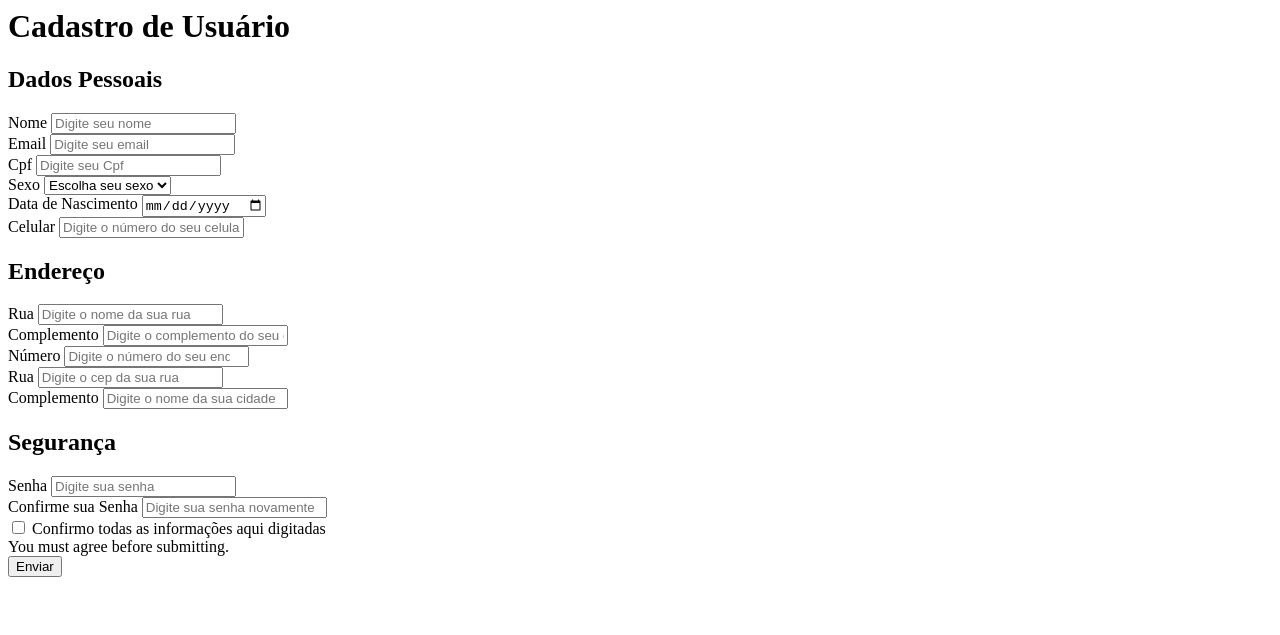
Repository: formatech2018/BRUNNO-S-FILMES
Page: sistema.filmes/src/main/webapp/resources/html/cadastro.html
An editor plug-in stored every save of this project. The page is shown before and after the next save, followed by the edit.
The browser window is 1280 px wide. The pictures show the whole page.

Above is the page before, as saved 2018-08-05 23:40:19.

### sistema.filmes/src/main/webapp/resources/html/cadastro.html
<h1 id="titulo-cadastro">Cadastro de Usuário</h1>
<div id="dados-pessoais">
	<h2 id="titulo-dados-pessoais">Dados Pessoais</h2>
</div>

<form id="formulario-cadastro">
	<div class="row">
		<div class="col">
			<label for="colFormLabel" class="col-sm-2 col-form-label">Nome</label>
			<input type="text" name="nome" class="form-control"
				placeholder="Digite seu nome">
		</div>
		<div class="col">
			<label for="colFormLabel" class="col-sm-2 col-form-label">Email</label>
			<input type="text" name="email" class="form-control"
				placeholder="Digite seu email">
		</div>
	</div>

	<div class="row">
		<div class="col">
			<label for="colFormLabel" class="col-sm-2 col-form-label">Cpf</label>
			<input type="text" id="cpf" class="form-control"
				placeholder="Digite seu Cpf">
		</div>
		<div class="col">
			<label for="colFormLabel" class="col-sm-2 col-form-label">Sexo</label>
			<select class="custom-select">
				<option selected>Escolha seu sexo</option>
				<option value="masculino">Masculino</option>
				<option value="Feminino">Feminino</option>

			</select>
		</div>
	</div>

	<div class="row">
		<div class="col">
			<label for="colFormLabel" class="col-sm-6 col-form-label">Data
				de Nascimento</label> <input type="date" name="nascimento"
				class="form-control" placeholder="Digite sua data de nascimento">
		</div>
		<div class="col">
			<label for="colFormLabel" class="col-sm-2 col-form-label">Celular</label>
			<input type="text" id="celular" name="celular" class="form-control"
				placeholder="Digite o número do seu celular">
		</div>
	</div>

	<div id="endereco">
		<h2 id="titulo-endereco">Endereço</h2>
	</div>

	<div class="row">
		<div class="col">
			<label for="colFormLabel" class="col-sm-2 col-form-label">Rua</label>
			<input type="text" name="nome" class="form-control"
				placeholder="Digite o nome da sua rua">
		</div>
		<div class="col">
			<label for="colFormLabel" class="col-sm-2 col-form-label">Complemento</label>
			<input type="text" name="complemento" class="form-control"
				placeholder="Digite o complemento do seu endereço">
		</div>
		<div class="col">
			<label for="colFormLabel" class="col-sm-2 col-form-label">Número</label>
			<input type="number" name="numero" class="form-control"
				placeholder="Digite o número do seu endereço">
		</div>
	</div>

	<div class="row">
		<div class="col">
			<label for="colFormLabel" class="col-sm-2 col-form-label">Rua</label>
			<input type="text" name="cep" class="form-control"
				placeholder="Digite o cep da sua rua">
		</div>
		<div class="col">
			<label for="colFormLabel" class="col-sm-2 col-form-label">Complemento</label>
			<input type="text" name="cidade" class="form-control"
				placeholder="Digite o nome da sua cidade">
		</div>
		<div class="col">

		</div>
	</div>

	<div id="seguranca">
		<h2 id="titulo-segurança">Segurança</h2>
	</div>

	<div class="row">
		<div class="col">
			<label for="colFormLabel" class="col-sm-2 col-form-label">Senha</label>
			<input type="password" name="senha" class="form-control"
				placeholder="Digite sua senha">
		</div>
		<div class="col">
			<label for="colFormLabel" class="col-sm-6 col-form-label">Confirme
				sua Senha</label> <input type="password" name="senha-novamente"
				class="form-control" placeholder="Digite sua senha novamente">
		</div>
	</div>


	<div class="form-group">
		<div class="form-check">
			<input class="form-check-input" type="checkbox" value=""
				id="invalidCheck" required> <label class="form-check-label"
				for="invalidCheck"> Confirmo todas as informações aqui
				digitadas </label>
			<div class="invalid-feedback">You must agree before submitting.</div>
		</div>
	</div>
	<button class="btn btn-dark" type="submit">Enviar</button>


</form>

After the next save:
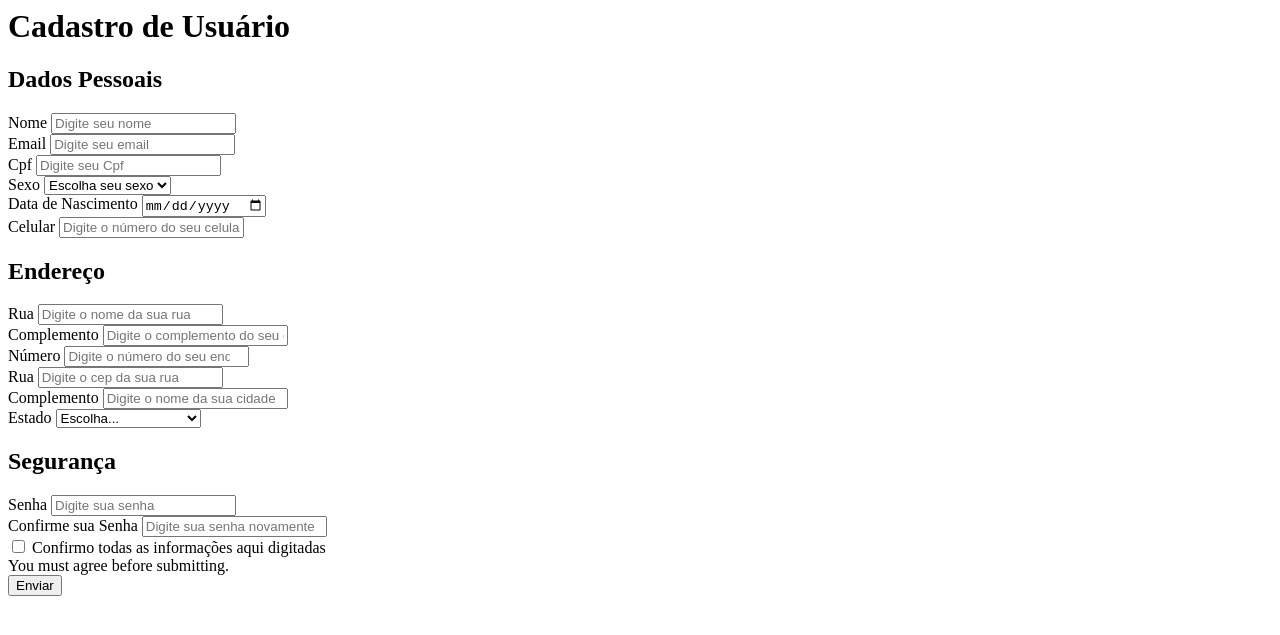
Saved 58 s later.
--- a/sistema.filmes/src/main/webapp/resources/html/cadastro.html
+++ b/sistema.filmes/src/main/webapp/resources/html/cadastro.html
@@ -81,7 +81,40 @@
 				placeholder="Digite o nome da sua cidade">
 		</div>
 		<div class="col">
+			 <div class="col">
+      <label for="inputState">Estado</label>
+      <select id="estado" class="form-control" name="estado">
+        <option selected value="">Escolha...</option>
+        <option value="AC">Acre</option>
+        <option value="AL">Alagoas</option>
+        <option value="AP">Amapá</option>
+        <option value="AM">Amazonas</option>
+        <option value="BA">Bahia</option>
+        <option value="CE">Ceará</option>
+        <option value="DF">Distrito Federal</option>
+        <option value="ES">Espirito Santo</option>
+        <option value="GO">Goiás</option>
+        <option value="MA">Maranhão</option>
+        <option value="MT">Mato Grosso</option>
+        <option value="MS">Mato Grosso do Sul</option>
+        <option value="MG">Minas Gerais</option>
+        <option value="PA">Pará</option>
+        <option value="PB">Paraíba</option>
+        <option value="PR">Paraná</option>
+        <option value="PE">Pernambuco</option>
+        <option value="PI">Piauí</option>
+        <option value="RJ">Rio de Janeiro</option>
+        <option value="RN">Rio Grande do Norte</option>
+        <option value="RS">Rio Grande do Sul</option>
+        <option value="RO">Rondônia</option>
+        <option value="RR">Roraima</option>
+        <option value="SC">Santa Catarina</option>
+        <option value="SP">São Paulo</option>
+        <option value="SE">Sergipe</option>
+        <option value="TO">Tocantins</option>
 
+      </select>
+    </div>
 		</div>
 	</div>
 
